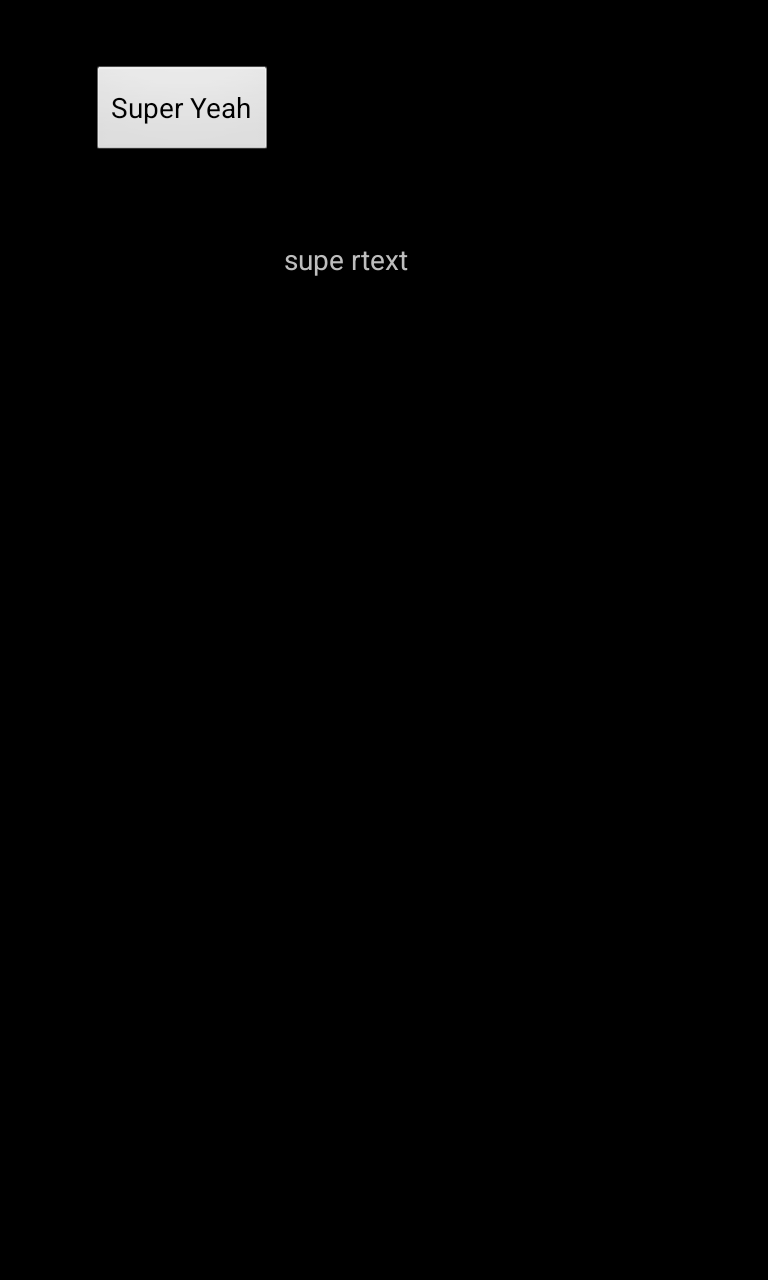
Repository: invader777/M-G
Layout: AndroidApp/res/layout/activity_main.xml
An editor plug-in stored every save of this project. The layout is shown before and after the next save, followed by the edit.
It is drawn on a 768 x 1280 px phone screen (xhdpi) without system bars, with theme android:Theme; the app's code is not run.

Above is the layout before, as saved 2012-09-03 18:19:00.

After the next save:
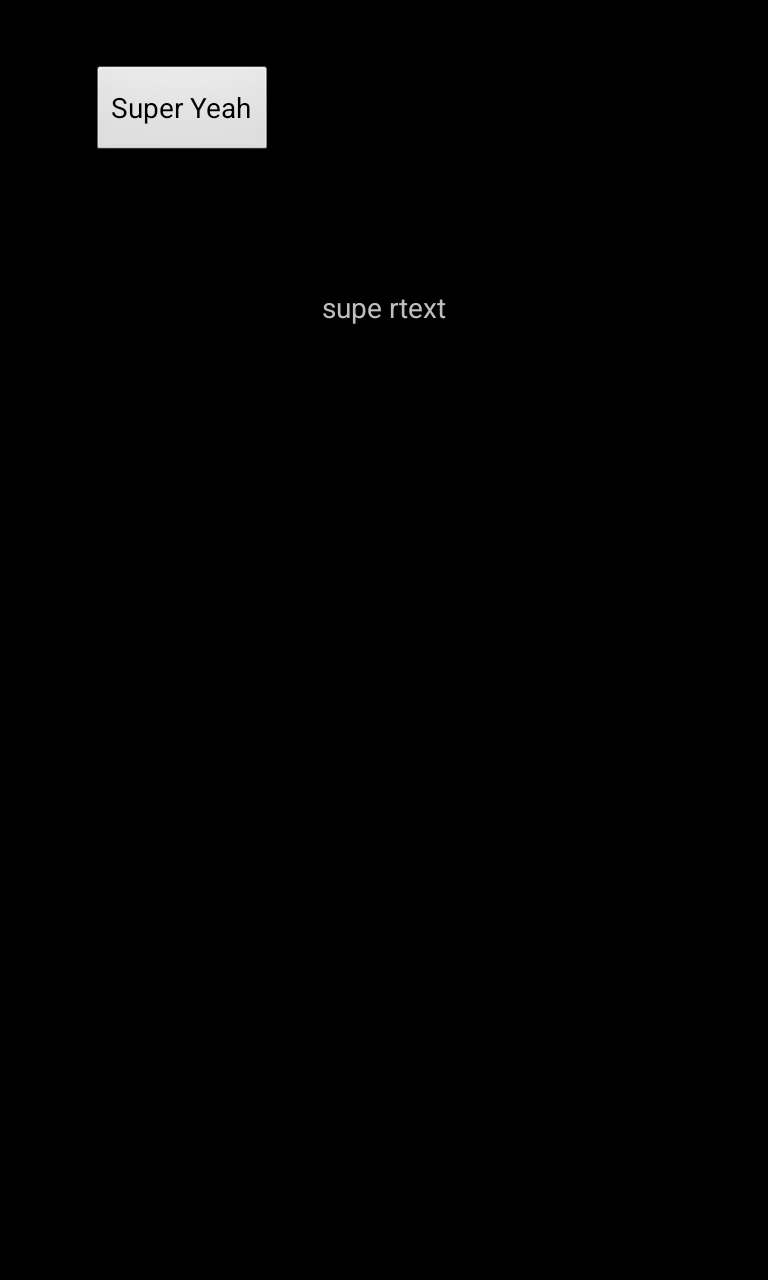
Saved 58 s later.
--- a/AndroidApp/res/layout/activity_main.xml
+++ b/AndroidApp/res/layout/activity_main.xml
@@ -17,10 +17,9 @@
         android:id="@+id/textView1"
         android:layout_width="wrap_content"
         android:layout_height="wrap_content"
-        android:layout_alignLeft="@+id/button1"
         android:layout_below="@+id/button1"
-        android:layout_marginLeft="97dp"
-        android:layout_marginTop="40dp"
+        android:layout_centerHorizontal="true"
+        android:layout_marginTop="64dp"
         android:text="@string/super_text"
         tools:context=".MainActivity" />
 
